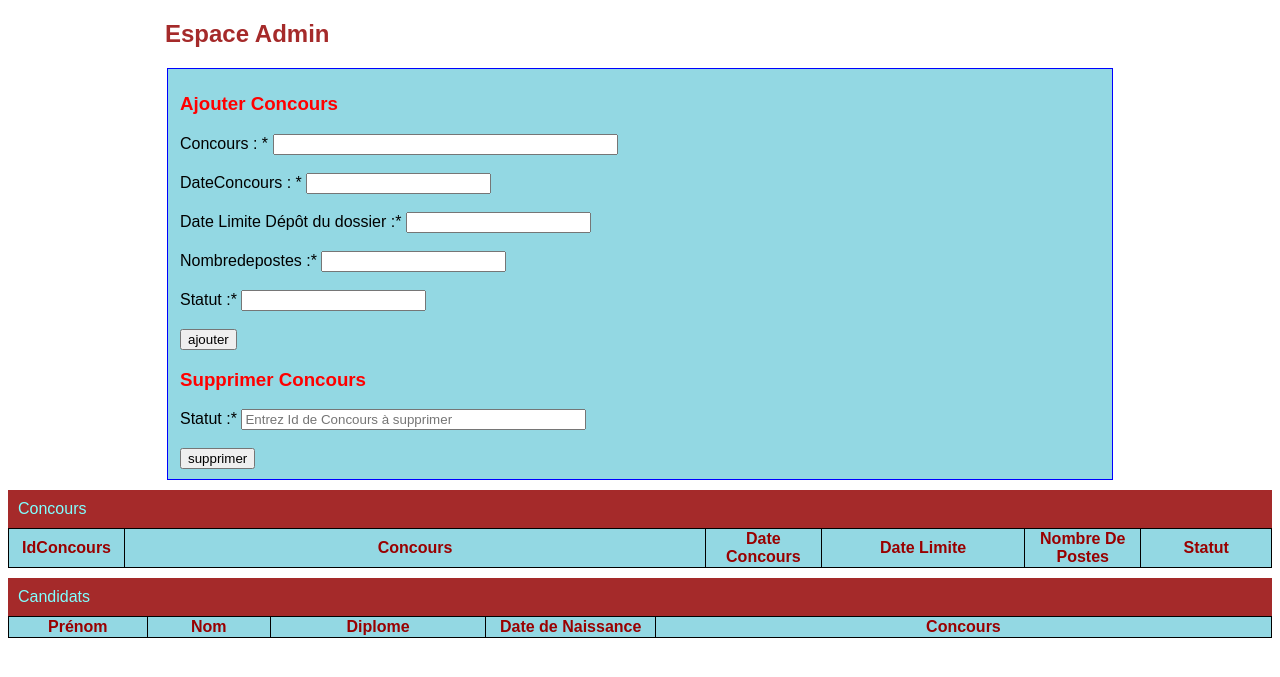
Repository: yahouari/Stage2019
Page: http://localhost/test/Gestion.jsp
An editor plug-in stored every save of this project. The page is shown before and after the next save, followed by the edit.
The browser window is 1280 px wide. The pictures show the whole page.
The page is served by Tomcat 9. Other server files are loaded and not shown. Queries for data that is not in the repository find no rows.

Above is the page before, as saved 2019-07-29 09:37:40.

### test/WebContent/Gestion.jsp
<%@ page pageEncoding="UTF-8" %>
<!DOCTYPE html>
<html>
<head>
		<meta charset="utf-8" />
		<link type="text/css" rel="stylesheet" href="inc/gest.css" />
        <title> Espace Admin</title>
</head>
<body>

        <div>
            <form method="get" action="GestionServlet">
            <h2><font color="brown"> Espace Admin</font></h2>

			  <fieldset>
			  <h3> Ajouter Concours</h3>
			  <label for="Concours">Concours : <span class="requis">*</span></label>
              <input type="text" id="Concours" name="Concours" value="" size="40" maxlength="40" />
              <br />
              <br />

              <label for="DateConcours">DateConcours : <span class="requis">*</span></label>
              <input type="text" id="dateConcours" name="dateConcours" value="" size="20" maxlength="20" />
              <br />
              <br />

              <label for="DateLimite">Date Limite Dépôt du dossier :<span class="requis">*</span></label>
              <input type="text" id="DateLimite" name="DateLimite" value="" size="20" maxlength="20" />
              <br />
              <br />

              <label for="nombredepostes">Nombredepostes :<span class="requis">*</span></label>
              <input type="text" id="nombredepostes" name="nombredepostes" value="" size="20" maxlength="20" />
              <br />
              <br />
               <label for="statut">Statut :<span class="requis">*</span></label>
              <input type="text" id="statut" name="statut" value="" size="20" maxlength="20" />
              <br />
              <br />



              <input type="submit" value="ajouter"  />
              </form>

              <h3> Supprimer Concours</h3>
              <label for="supprimer">Statut :<span class="requis">*</span></label>
              <input type="supprimer" id="supprimer" name="supprimer" value="" size="40" maxlength="40" placeholder="Entrez Id de Concours à supprimer" />
              <br />
              <br />
			  <input type="submit" value="supprimer"  />
			  </fieldset>

        </div>
         <legend>Concours</legend>

    <div >



              <table >
                    <tbody>
                    <tr bgcolor="#93d8e3" >
                    <th style="width:8%">IdConcours</th>

                    <th style="width:40%">Concours</th>
                    <th style="width:8%">Date Concours</th>
                    <th style="width:14%">Date Limite</th>
		            <th style="width:8%">Nombre De Postes</th>

		            <th style="width:9%">Statut</th>

                    </tr>
                    <%@page import="java.sql.Connection"%>
					<%@page import="java.sql.DriverManager"%>
					<%@page import="java.sql.PreparedStatement"%>
					<%@page import="java.sql.ResultSet"%>
                  <%
                try {
                	Class.forName("com.mysql.jdbc.Driver");

                    Connection cn = DriverManager.getConnection("jdbc:mysql://localhost:3306/form","root","");

                    PreparedStatement statement = cn.prepareStatement("SELECT * FROM `gestion` order by idg");
                    ResultSet Rs = statement.executeQuery() ;


                    while (Rs.next()) {
            %>
            <tr class="info">
                <td><%=Rs.getString("idg")%></td>
                <td><%=Rs.getString("concours")%></td>
                <td><%=Rs.getString("dateconcours")%></td>
                <td><%=Rs.getString("datelimite")%></td>
                <td><%=Rs.getString("nombredepostes")%></td>
                <td><%=Rs.getString("Statut")%></td>

            </tr>
            <%
                    }

                } catch (Exception e) {
                    e.printStackTrace();
                }
            %>
        </table>
    </div>

    <legend>Candidats</legend>

    <div >



              <table >
                    <tbody>
                    <tr bgcolor="#93d8e3" >
                    <th style="width:9%">Prénom</th>
                    <th style="width:8%">Nom</th>
                    <th style="width:14%">Diplome</th>
		            <th style="width:11%">Date de Naissance</th>

		            <th style="width:40%">Concours</th>

                    </tr>
                    <%@page import="java.sql.Connection"%>
					<%@page import="java.sql.DriverManager"%>
					<%@page import="java.sql.PreparedStatement"%>
					<%@page import="java.sql.ResultSet"%>
                  <%
                try {
                	Class.forName("com.mysql.jdbc.Driver");

                    Connection cn = DriverManager.getConnection("jdbc:mysql://localhost:3306/form","root","");

                    PreparedStatement statement = cn.prepareStatement("select * from candidat");
                    ResultSet Rs = statement.executeQuery() ;


                    while (Rs.next()) {
            %>
            <tr class="info">
                <td><%=Rs.getString("prenom")%></td>
                <td><%=Rs.getString("nom")%></td>
                <td><%=Rs.getString("diplome")%></td>
                <td><%=Rs.getString("date_naissance")%></td>
                <td><%=Rs.getString("concours")%></td>
            </tr>
            <%
                    }

                } catch (Exception e) {
                    e.printStackTrace();
                }
            %>
        </table>














    </div>





</body>
</html>

### test/WebContent/inc/gest.css
@charset "UTF-8";
html {
  font-family: sans-serif;
}

form {
  width: 950px;
  margin: 0 auto;
}

div {
  margin-bottom: 10px;
}

fieldset {
  background: #93d8e3;
  border: 1px solid blue;
}

legend {
  padding: 10px;
  background: brown;
  color: #80ffff;
}

#otherValue
{
  display: none;
}

#other:checked ~ #otherValue
{
  display: inline-block;
}
table
{
    border-collapse: collapse;
    color: #900;

}
td, th /* Mettre une bordure sur les td ET les th */
{
    border: 1px solid black;
    color: #900;
}
h3
{
	 color: #ff0000
}

After the next save:
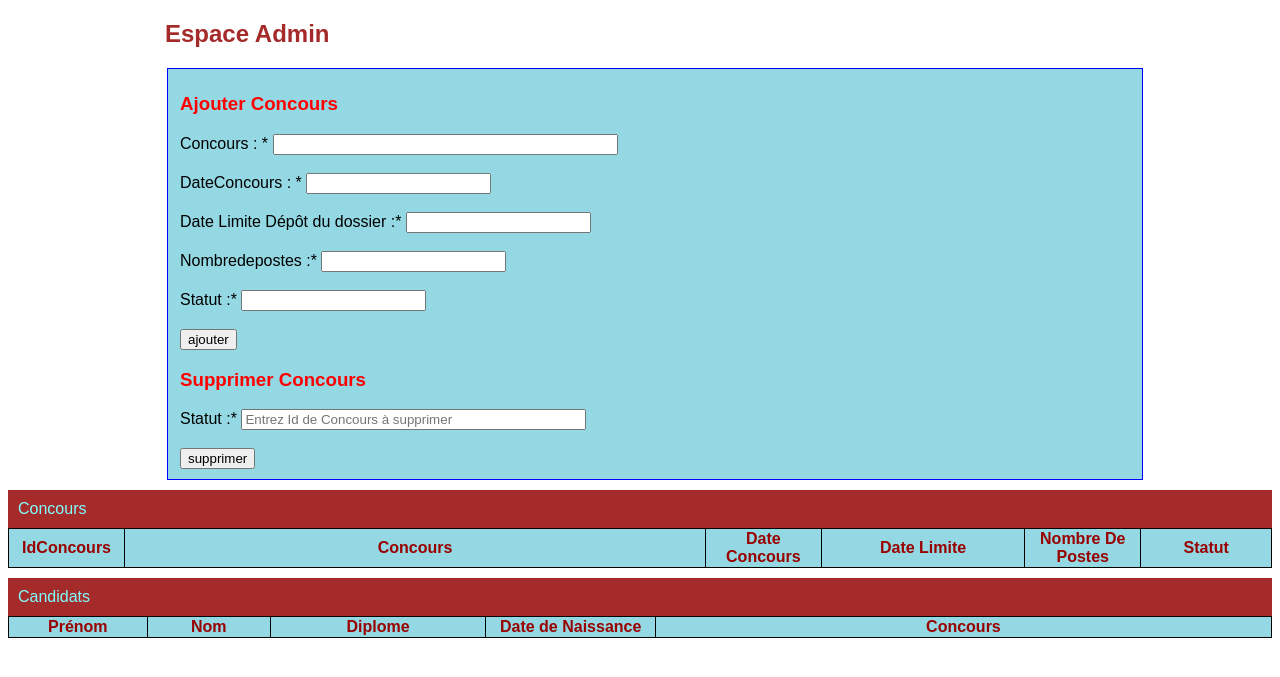
Saved 97 s later.
--- a/test/WebContent/Gestion.jsp
+++ b/test/WebContent/Gestion.jsp
@@ -12,7 +12,7 @@
             <form method="get" action="GestionServlet">
             <h2><font color="brown"> Espace Admin</font></h2>
 
-			  <fieldset>
+		<fieldset>
 			  <h3> Ajouter Concours</h3>
 			  <label for="Concours">Concours : <span class="requis">*</span></label>
               <input type="text" id="Concours" name="Concours" value="" size="40" maxlength="40" />
@@ -42,6 +42,7 @@
 
               <input type="submit" value="ajouter"  />
               </form>
+              <form method="get" action="SuppressionServlet">
 
               <h3> Supprimer Concours</h3>
               <label for="supprimer">Statut :<span class="requis">*</span></label>
@@ -49,7 +50,9 @@
               <br />
               <br />
 			  <input type="submit" value="supprimer"  />
-			  </fieldset>
+			  </form>
+
+		</fieldset>
 
         </div>
          <legend>Concours</legend>
